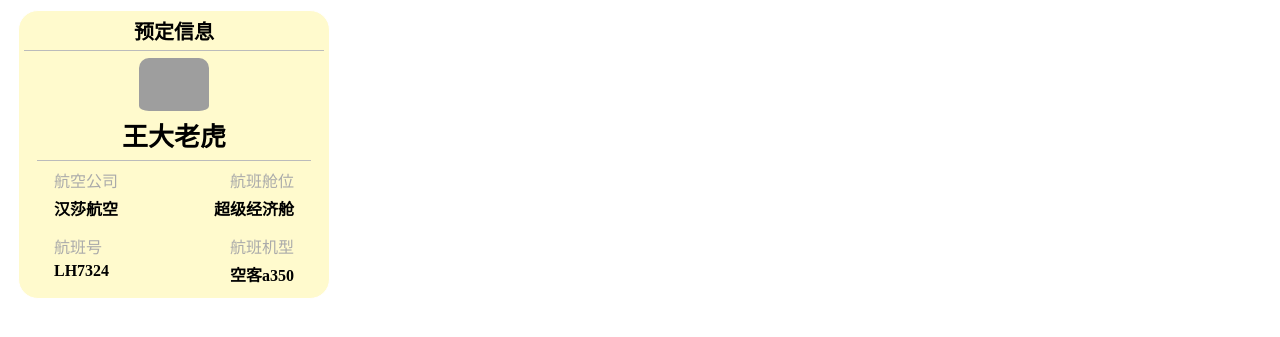
Repository: xzm1997/react-learning
Page: /
An editor plug-in stored every save of this project. The page is shown before and after the next save, followed by the edit.
The browser window is 1280 px wide. The pictures show the whole page.
Pictures or frames that could not be fetched are drawn as grey boxes. The project was rebuilt for these pictures with package versions that can differ from the ones it lists, and the page was loaded fresh each time.

Above is the page before, as saved 2023-01-31 11:14:22.

After the next save:
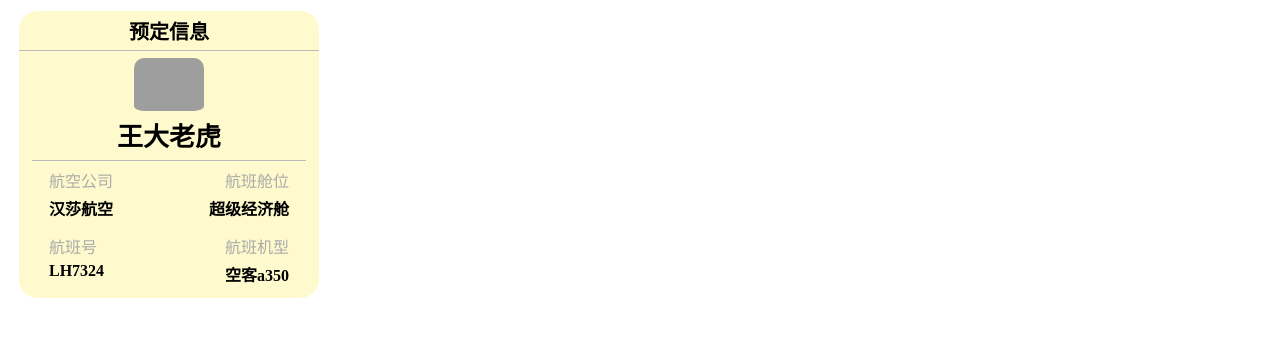
Saved 16 s later.
--- a/src/index.css
+++ b/src/index.css
@@ -3,7 +3,7 @@
   border: solid 1px #fff;
   background: lemonchiffon;
   border-radius: 20px;
-  padding:5px;
+  padding:5px 0;
   margin: 10px;
   display: flex;
   flex-direction: column;
